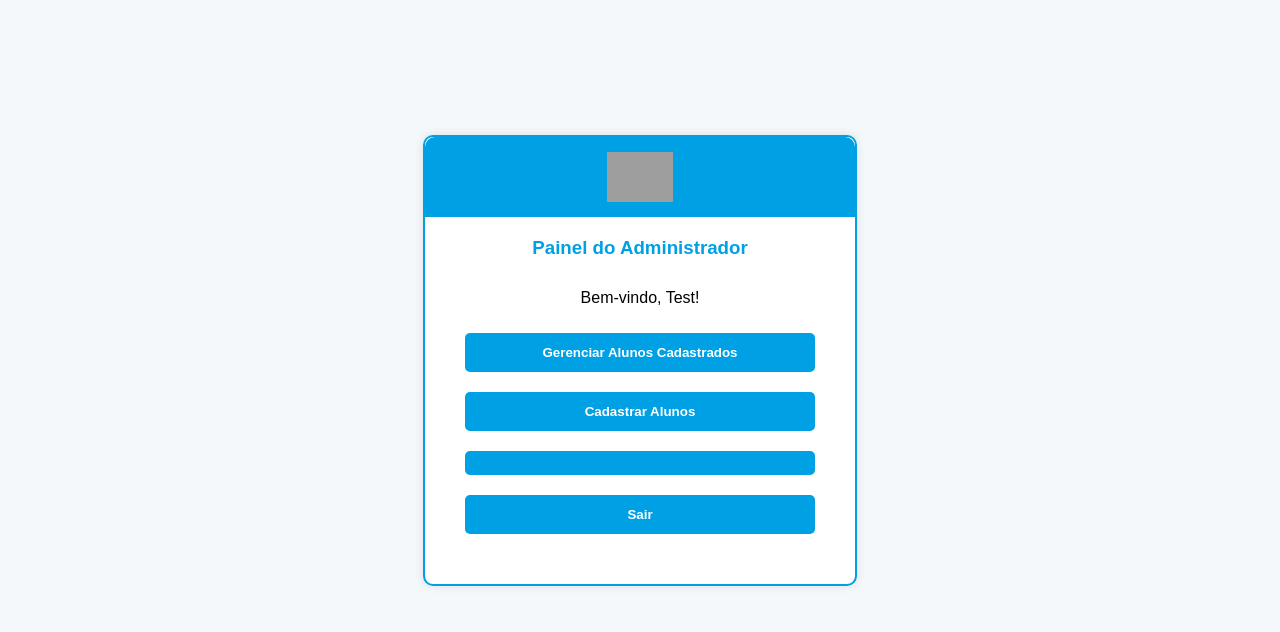
Repository: Guilherme-burle/Portal-do-Aluno-P2
Page: http://localhost/homeadm/
These files come from the project's save history. The page is drawn as it stood at one moment and after a run of saves; the edit follows.
The browser window is 1280 px wide. The pictures show the whole page.
Pictures or frames that could not be fetched are drawn as grey boxes. The page is served by the project's application, run on Django 5.2 (PortaldoAluno/manage.py). A made-up administrator, testuser (Test User, test@example.com), is signed in. Other server files are loaded and not shown.

Above is the page before, as saved 2025-05-19 19:33:15.

### PortaldoAluno/Aplicativo/templates/homeadm.html
<!DOCTYPE html>
<html lang="pt-BR">
<head>
  <meta charset="UTF-8">
  <title>Home Administrador - Alvo Certo</title>
  <style>
    body {
      font-family: Arial, sans-serif;
      background-color: #f5f8fa;
      margin: 0;
      padding: 0;
      display: flex;
      justify-content: center;
      align-items: center;
      height: 100vh;
    }

    .container {
      background-color: white;
      padding: 40px;
      border-radius: 10px;
      border: 2px solid #00a0e4;
      box-shadow: 0 0 10px rgba(0,0,0,0.1);
      text-align: center;
      width: 350px;
    }

    .logo {
      background-color: #00a0e4;
      padding: 15px;
      border-radius: 10px 10px 0 0;
      display: flex;
      justify-content: center;
      margin: -40px -40px 20px -40px;
    }

    .logo img {
      height: 50px;
    }

    h3 {
      color: #00a0e4;
      margin-bottom: 30px;
    }

    .btn {
      background-color: #00a0e4;
      color: white;
      border: none;
      padding: 12px;
      width: 100%;
      border-radius: 5px;
      cursor: pointer;
      font-weight: bold;
      margin: 10px 0;
    }

    .btn:hover {
      background-color: #007bbd;
    }
  </style>
</head>
<body>
  <div class="container">
    <div class="logo">
      <img src="https://i.imgur.com/7H8lMIL.png" alt="Logo Alvo Certo">
    </div>
    <h3>Painel do Administrador</h3>
    {% if user.is_authenticated %}
    <p>Bem-vindo, {{ user.first_name|default:"usuário" }}!</p>
    <button class="btn" onclick="location.href='{% url 'ver' %}'">Gerenciar Alunos Cadastrados</button>
    <button class="btn" onclick="location.href='{% url 'add' %}'">Cadastrar Alunos</button>
    <button class="btn" onclick="location.href='{% url 'listDF' %}'">
    <button class="btn" onclick="location.href='{% url 'logout' %}'">Sair</button>
    {% endif %}
  </div>
</body>
</html>

### PortaldoAluno/Aplicativo/decorators.py
from django.shortcuts import redirect

def login_required(view_func):
    def wrapper(request, *args, **kwargs):
        if not request.user.is_authenticated:
            return redirect('login')
        return view_func(request, *args, **kwargs)
    return wrapper

### PortaldoAluno/Aplicativo/views.py
from django.contrib.auth import logout
from django.contrib.auth.models import User
from django.shortcuts import render, redirect, get_object_or_404
from django.contrib.auth import authenticate, login as auth_login
from .models import Aluno, Avaliacao, EventoCalendario, DesempenhoFrequencia
from django.contrib import messages
from django.urls import reverse
from .decorators import login_required
from django.contrib.auth.hashers import make_password
from datetime import date


@login_required
def home(request):
    return render(request, 'home.html')

@login_required
def home_adm(request):
    alunos = Aluno.objects.all()
    return render(request, 'homeadm.html', {'alunos': alunos})

def cadastro(request):
    if request.method == 'POST':
        nome = request.POST.get('nome')
        email = request.POST.get('email')
        senha = request.POST.get('senha')
        is_admin = request.POST.get('is_admin') == 'on'

        print(f"Nome: {nome}")
        print(f"E-mail: {email}")
        print(f"Senha: {senha}")
        print(f"Administrador: {is_admin}")

        if User.objects.filter(email=email).exists():
            return render(request, 'cadastro.html', {'mensagem': 'E-mail já está em uso.'})

        try:
            user = User.objects.create_user(
                username=email,
                email=email,
                password=senha,
                first_name=nome,
                is_superuser=is_admin,
                is_staff=is_admin
            )
            user.save()

            print(f"Usuário {user.username} cadastrado com sucesso!")

            return redirect('login')

        except Exception as e:
            print(f"Erro ao criar o usuário: {e}")
            return render(request, 'cadastro.html', {
                'mensagem': 'Erro ao cadastrar o usuário. Tente novamente.',
                'tipo_mensagem': 'error'
            })

    return render(request, 'cadastro.html')

def login(request):
    if request.method == 'POST':
        username = request.POST.get('username')
        password = request.POST.get('password')

        print(f"Username: {username}, Password: {password}")
        user = authenticate(request, username=username, password=password)

        if user:
            print("Usuário autenticado!")
            auth_login(request, user)
            return redirect('homeadm') if user.is_staff else redirect('home')
        else:
            print("Dados inválidos")
            return render(request, 'login.html', {'erro': 'Dados inválidos'})

    return render(request, 'login.html')

@login_required
def logout_view(request):
    logout(request)
    return redirect('home')

@login_required
def add_aluno(request):
    if request.method == 'POST':
        nome = request.POST.get('nome')
        data_nascimento = request.POST.get('data_nascimento')
        escolaridade = request.POST.get('escolaridade')
        turno = request.POST.get('turno')
        escola = request.POST.get('escola')
        endereco = request.POST.get('endereco')
        bairro = request.POST.get('bairro')
        telefone = request.POST.get('telefone')
        curso = request.POST.get('curso')

        if not all([nome, data_nascimento, escolaridade, turno, escola, endereco, bairro, telefone, curso]):
            return render(request, 'add.html', {'erro': 'Todos os campos são obrigatórios'})

        aluno = Aluno.objects.create(
            nome=nome,
            data_nascimento=data_nascimento,
            escolaridade=escolaridade,
            turno=turno,
            escola=escola,
            endereco=endereco,
            bairro=bairro,
            telefone=telefone,
            curso=curso,
        )

        aluno.save()

        messages.success(request, 'Aluno cadastrado com sucesso!')
        return render(request, 'add.html')

    return render(request, 'add.html')

@login_required
def ver(request):
    alunos = Aluno.objects.all()

    return render(request, 'ver.html', {'alunos': alunos})

@login_required
def deletar_alunos(request, aluno_id):
    aluno = get_object_or_404(Aluno, id=aluno_id)
    aluno.delete()
    return redirect(request.META.get('HTTP_REFERER', 'ver'))

@login_required
def editar_alunos(request, aluno_id):
    aluno = get_object_or_404(Aluno, id=aluno_id)

    if request.method == 'POST':
        nome = request.POST.get('nome')
        data_nascimento = request.POST.get('data_nascimento')
        escolaridade = request.POST.get('escolaridade')
        turno = request.POST.get('turno')
        escola = request.POST.get('escola')
        endereco = request.POST.get('endereco')
        bairro = request.POST.get('bairro')
        telefone = request.POST.get('telefone')
        curso = request.POST.get('curso')

        alterado = (
            nome != aluno.nome or
            data_nascimento != str(aluno.data_nascimento) or
            escolaridade != aluno.escolaridade or
            turno != aluno.turno or
            escola != aluno.escola or
            endereco != aluno.endereco or
            bairro != aluno.bairro or
            telefone != aluno.telefone or
            curso != aluno.curso
        )

        if alterado:
            aluno.nome = nome
            aluno.data_nascimento = data_nascimento
            aluno.escolaridade = escolaridade
            aluno.turno = turno
            aluno.escola = escola
            aluno.endereco = endereco
            aluno.bairro = bairro
            aluno.telefone = telefone
            aluno.curso = curso
            aluno.save()
            messages.success(request, 'Informações atualizadas com sucesso!')
        else:
            messages.error(request, 'Você precisa alterar alguma informação.')

    return render(request, 'editar.html', {'aluno': aluno})

@login_required
def avaliar_solidare(request):
    if request.method == 'POST':
        pergunta_1 = request.POST.get('pergunta_1')
        pergunta_2 = request.POST.get('pergunta_2')
        pergunta_3 = request.POST.get('pergunta_3')
        sugestao = request.POST.get('sugestao', '')

        if not all([pergunta_1, pergunta_2, pergunta_3]):
            messages.error(request, 'Responda todos os campos.')
            return render(request, 'avaliacao.html')

        Avaliacao.objects.create(
            pergunta_1=pergunta_1,
            pergunta_2=pergunta_2,
            pergunta_3=pergunta_3,
            sugestao=sugestao
        )
        messages.success(request, 'Avaliação enviada com sucesso!')

    return render(request, 'avaliacao.html')

@login_required
def calendario(request):
    hoje = date.today()
    eventos = EventoCalendario.objects.filter(user=request.user).order_by('data')
    meses = ["Janeiro", "Fevereiro", "Março", "Abril", "Maio", "Junho", "Julho", "Agosto", "Setembro", "Outubro", "Novembro", "Dezembro"]
    dias_semana = ["Dom", "Seg", "Ter", "Qua", "Qui", "Sex", "Sab"]
    contexto = {
        'meses': meses,
        'dias_semana': dias_semana,
        'eventos': eventos,
        'ano_atual': hoje.year,
        'mes_atual': hoje.month - 1
    }
    return render(request, 'calendario.html', contexto)

@login_required
def add_eventos(request):
    data = request.GET.get('data')

    if request.method == 'POST':
        nome = request.POST.get('nome')
        horario = request.POST.get('horario')


        if nome and data:
            EventoCalendario.objects.create(nome=nome, data=data, horario=horario, user=request.user)
            messages.success(request, "Evento adicionado com sucesso!")
            return redirect('calendario')
        else:
            return render(request, 'add_eventos.html', {'erro': 'Dados incompletos.', 'data': data})

    if not data:
        return render(request, 'erro.html', {'mensagem': 'Data não informada.'})

    return render(request, 'add_eventos.html', {'data': data})

@login_required
def desempenho_create(request):
    if request.method == 'POST':
        aluno_id = request.POST.get('aluno')
        faltas = request.POST.get('faltas')
        emoji = request.POST.get('emoji')
        comentario = request.POST.get('comentario_professor')

        aluno = Aluno.objects.get(id=aluno_id)

        DesempenhoFrequencia.objects.create(
            aluno=aluno,
            faltas=faltas,
            emoji=emoji,
            comentario_professor=comentario
        )
        return redirect('listDF')

    alunos = Aluno.objects.all()
    return render(request, 'addDF.html', {'alunos': alunos})

@login_required
def desempenho_list(request):
    desempenhos = DesempenhoFrequencia.objects.select_related('aluno').all()
    return render(request, 'listDF.html', {'desempenhos': desempenhos})

@login_required
def desempenho_edit(request, id):
    desempenho = get_object_or_404(DesempenhoFrequencia, id=id)

    if request.method == 'POST':
        desempenho.faltas = request.POST.get('faltas')
        desempenho.desempenho = request.POST.get('desempenho')
        desempenho.emoji = request.POST.get('emoji')
        desempenho.comentario_professor = request.POST.get('comentario_professor')
        desempenho.save()
        return redirect('listDF')

    return render(request, 'editDF.html', {'desempenho': desempenho})

@login_required
def desempenho_delete(request, id):
    desempenho = get_object_or_404(DesempenhoFrequencia, id=id)
    desempenho.delete()
    return redirect('listDF')

### PortaldoAluno/projeto/urls.py
"""
URL configuration for portal project.

The `urlpatterns` list routes URLs to views. For more information please see:
    https://docs.djangoproject.com/en/5.2/topics/http/urls/
Examples:
Function views
    1. Add an import:  from my_app import views
    2. Add a URL to urlpatterns:  path('', views.home, name='home')
Class-based views
    1. Add an import:  from other_app.views import Home
    2. Add a URL to urlpatterns:  path('', Home.as_view(), name='home')
Including another URLconf
    1. Import the include() function: from django.urls import include, path
    2. Add a URL to urlpatterns:  path('blog/', include('blog.urls'))
"""
from django.contrib import admin
from django.urls import path, include

urlpatterns = [
    path('admin/', admin.site.urls),
    path('', include('Aplicativo.urls')),
]

### PortaldoAluno/Aplicativo/urls.py
from django.urls import path
from . import views

urlpatterns = [
    path('', views.home, name='home'),
    path('login/', views.login, name='login'),
    path('logout/', views.logout_view, name='logout'),
    path('cadastro/', views.cadastro, name='cadastro'),
    path('add/', views.add_aluno, name='add'),
    path('homeadm/', views.home_adm, name='homeadm'),
    path('ver/', views.ver, name='ver'),
    path('ver/<int:aluno_id>/deletar', views.deletar_alunos, name='deletar'),
    path('ver/<int:aluno_id>/editar', views.editar_alunos, name='editar'),
    path('avaliacao/', views.avaliar_solidare, name='avaliacao'),
    path('calendario/', views.calendario, name='calendario'),
    path('add_eventos/', views.add_eventos, name='add_eventos'),
    path('addDF', views.desempenho_create, name='addDF'),
    path('listDF/', views.desempenho_list, name='listDF'),
    path('editDF/<int:id>/', views.desempenho_edit, name='editDF'),
    path('deleteDF/<int:id>/', views.desempenho_delete, name='deleteDF'),
]

After the next 3 saves:
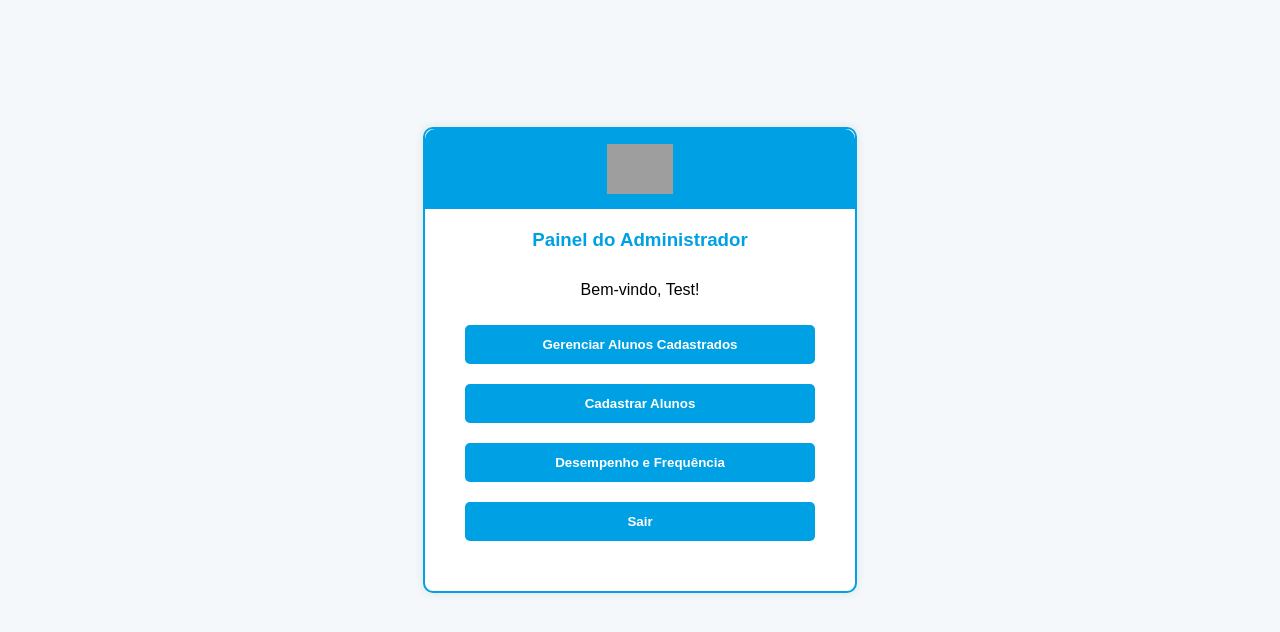
The 3 saves are shown as one change because they came seconds apart.
The last was saved 11 s later.
--- a/PortaldoAluno/Aplicativo/templates/homeadm.html
+++ b/PortaldoAluno/Aplicativo/templates/homeadm.html
@@ -70,7 +70,7 @@
     <p>Bem-vindo, {{ user.first_name|default:"usuário" }}!</p>
     <button class="btn" onclick="location.href='{% url 'ver' %}'">Gerenciar Alunos Cadastrados</button>
     <button class="btn" onclick="location.href='{% url 'add' %}'">Cadastrar Alunos</button>
-    <button class="btn" onclick="location.href='{% url 'listDF' %}'">
+    <button class="btn" onclick="location.href='{% url 'listDF' %}'">Desempenho e Frequência
     <button class="btn" onclick="location.href='{% url 'logout' %}'">Sair</button>
     {% endif %}
   </div>
